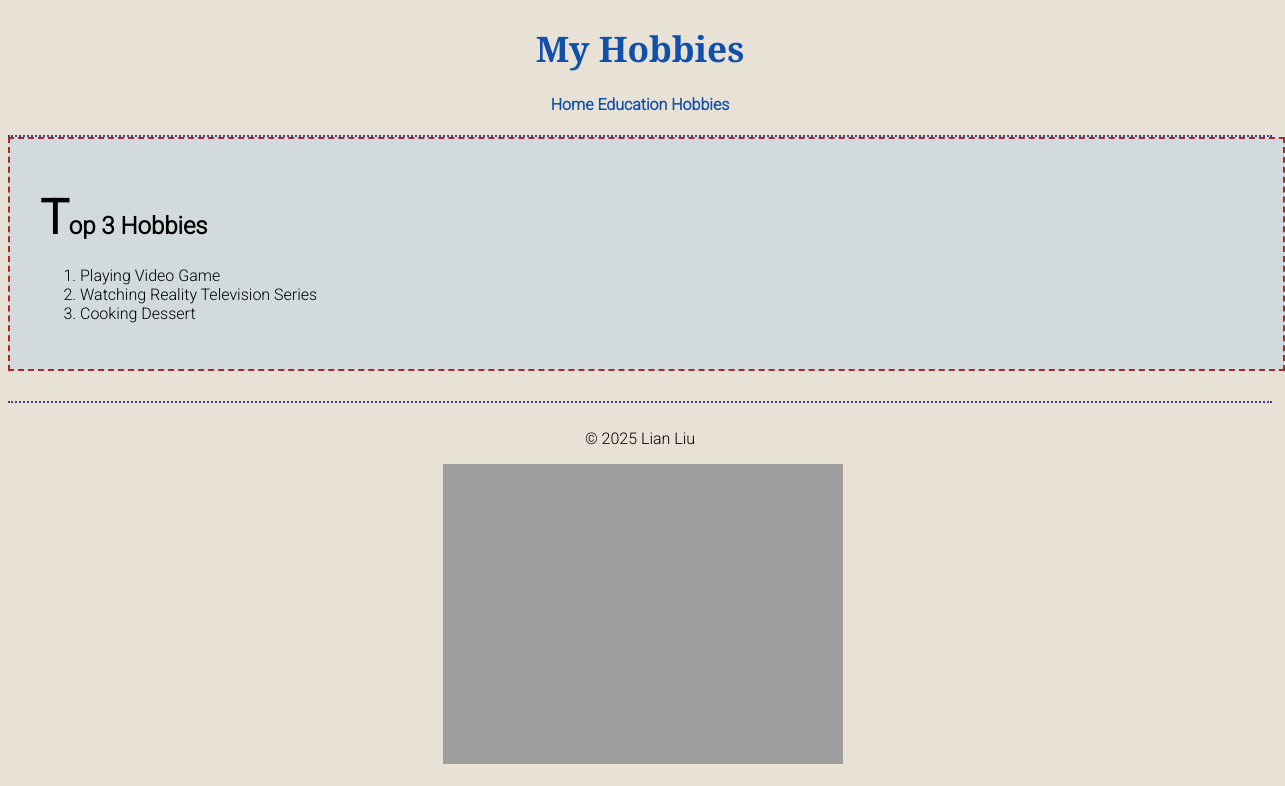
Repository: liulian26/CS5610
Page: assignment-1-liulian26/pages/hobbies.html
An editor plug-in stored every save of this project. The page is shown before and after the next save, followed by the edit.
The browser window is 1280 px wide. The page is 1285 px wide, then 1280 px, so the pictures cover 1285 px, including what lies to the right of the window. The pictures show the whole page.
Pictures or frames that could not be fetched are drawn as grey boxes.

Above is the page before, as saved 2025-02-01 00:42:44.

After the next save:
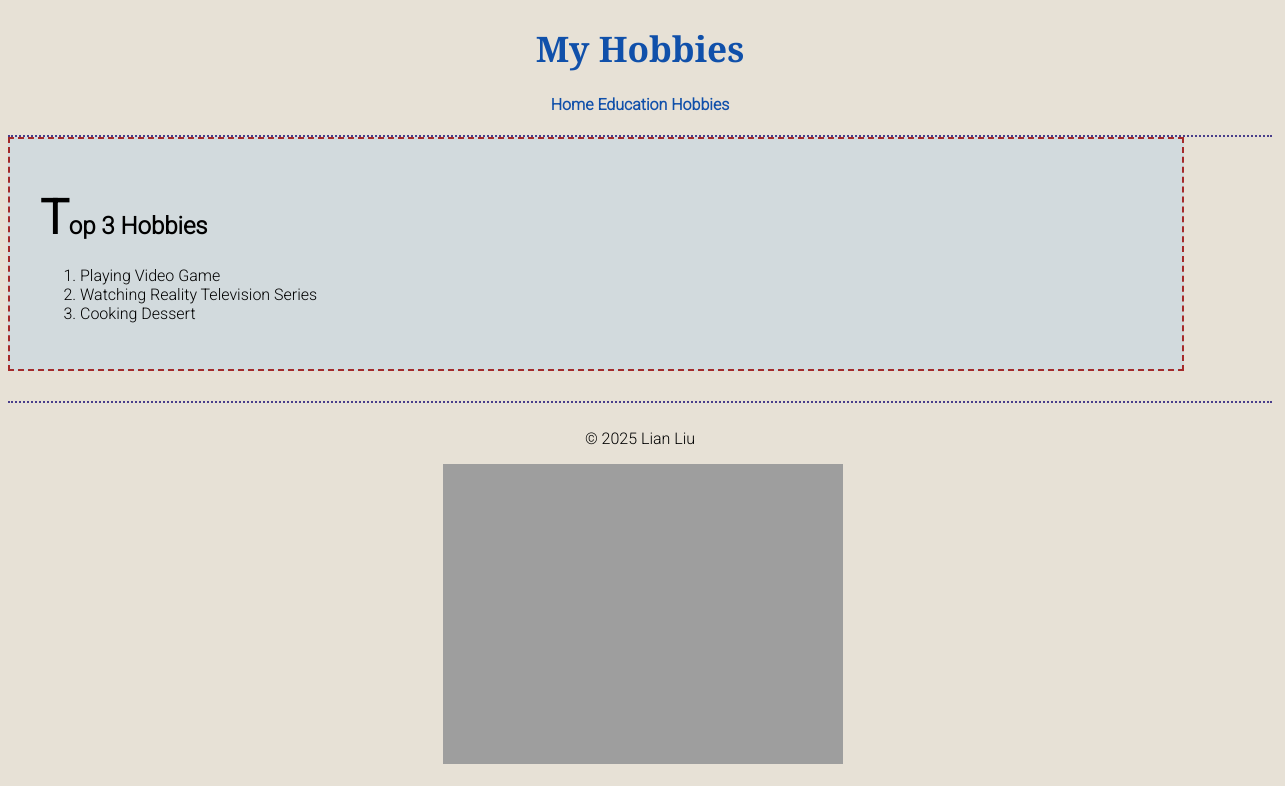
Saved 9 s later.
--- a/assignment-1-liulian26/css/styles.css
+++ b/assignment-1-liulian26/css/styles.css
@@ -48,7 +48,7 @@ section {
     padding: 30px;
     margin-bottom: 30px;
     background-color: rgba(126, 191, 251, 0.2);
-    width: 120%;
+    width: 110%;
 }
 
 body {
